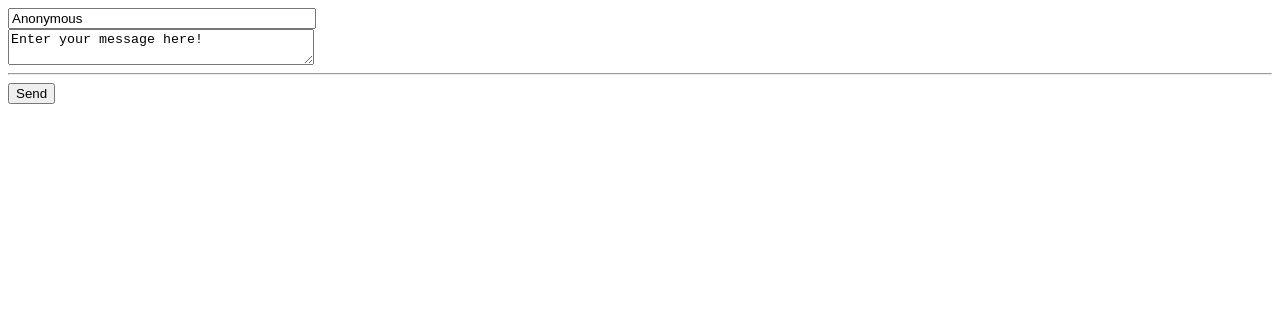
Repository: sones/sones-mule
Page: http://localhost/MessengerWebApp/
An editor plug-in stored every save of this project. The page is shown before and after the next save, followed by the edit.
The browser window is 1280 px wide. The pictures show the whole page.
The page is served by Tomcat 9. Other server files are loaded and not shown.

Above is the page before, as saved 2011-08-26 14:03:42.

### MessagingExampleWorkspace/MessengerWebApp/WebContent/index.jsp
<%@ page language="java" contentType="text/html; charset=UTF-8"
    pageEncoding="UTF-8"%>
<!DOCTYPE html PUBLIC "-//W3C//DTD HTML 4.01 Transitional//EN" "http://www.w3.org/TR/html4/loose.dtd">
<html>
<head>
<meta http-equiv="Content-Type" content="text/html; charset=UTF-8">
<title>Messenger</title>
</head>
<body>


<form action="index.jsp" method="post">
	<input type="text" name="FromName" value="Anonymous" style="width: 300px; "/>
	<br/>
	<textarea name="MsgText" style="width: 300px; ">Enter your message here!</textarea>
	<hr/>
	<input type="submit" name="Submit" value="Send"/>
</form>



</body>
</html>

After the next save:
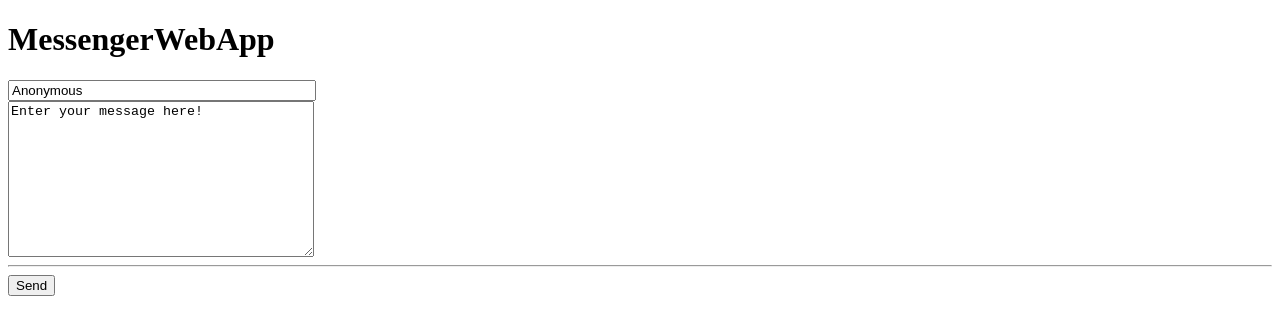
Saved 43 s later.
--- a/MessagingExampleWorkspace/MessengerWebApp/WebContent/index.jsp
+++ b/MessagingExampleWorkspace/MessengerWebApp/WebContent/index.jsp
@@ -8,11 +8,12 @@
 </head>
 <body>
 
+<h1>MessengerWebApp</h1>
 
 <form action="index.jsp" method="post">
 	<input type="text" name="FromName" value="Anonymous" style="width: 300px; "/>
 	<br/>
-	<textarea name="MsgText" style="width: 300px; ">Enter your message here!</textarea>
+	<textarea name="MsgText" style="width: 300px; height: 150px">Enter your message here!</textarea>
 	<hr/>
 	<input type="submit" name="Submit" value="Send"/>
 </form>
